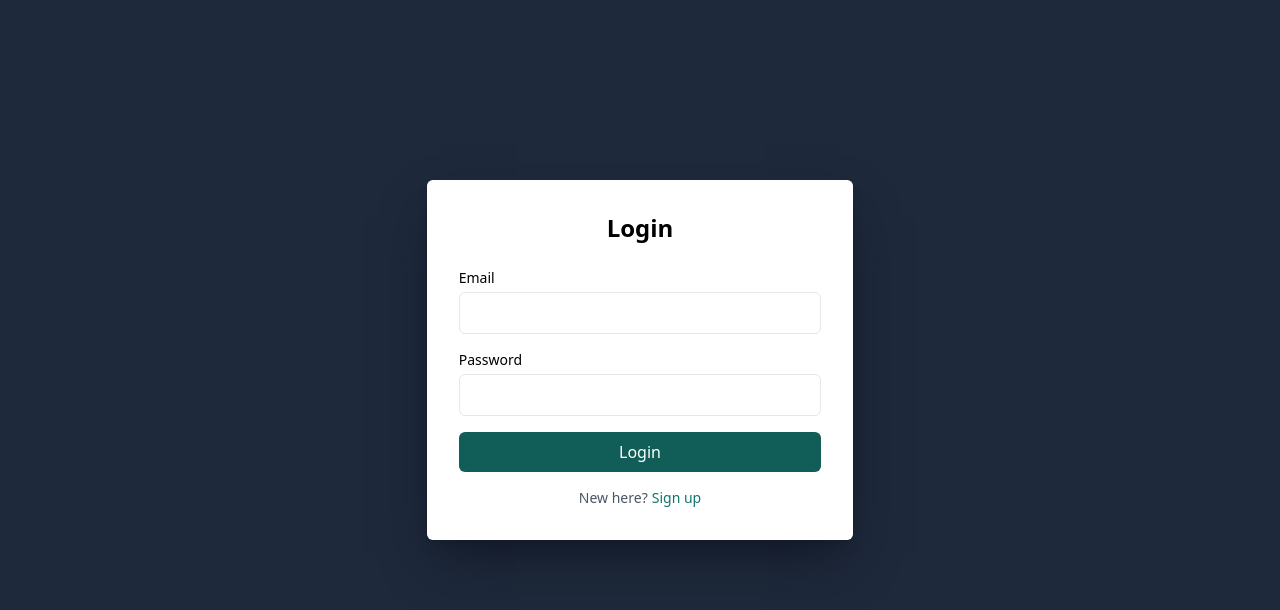
Repository: alizey12/POS-React-website
Page: /
The author's editor kept a copy of each file at every save. The page is drawn from the files as they stood at one save, then again after the next save.
The browser window is 1280 px wide. The pictures show the whole page.
The project was rebuilt for these pictures with package versions that can differ from the ones it lists, and the page was loaded fresh each time. Also part of the build but not shown: vite.config.js, src/navbar.jsx, src/sidebar.jsx, src/Dashboard.jsx.

Above is the page before, as saved 2024-12-31 15:39:27.

### src/App.jsx
import { BrowserRouter as Router, Routes, Route } from 'react-router-dom';
import LoginPage from "./login"
import Dashboard from './Dashboard';

function App() {
  return (
    <Router>
      <Routes>
        <Route path="/" element={<LoginPage />} />
        <Route path="/dashboard" element={<Dashboard />} />
      </Routes>
    </Router>
  );
}

export default App;

### src/login.jsx
import { useState } from 'react';
import toast, { Toaster } from 'react-hot-toast';
import { useNavigate } from 'react-router-dom';

const SignupLogin = () => {
  const [isLogin, setIsLogin] = useState(true);
  const [formData, setFormData] = useState({
    email: '',
    password: '',
    confirmPassword: '',
  });
  const [errors, setErrors] = useState({});
  const [storedUser, setStoredUser] = useState(null);
  const navigate = useNavigate();

  const toggleForm = () => setIsLogin(!isLogin);

  const handleChange = (e) => {
    const { name, value } = e.target;
    setFormData({ ...formData, [name]: value });
    setErrors({ ...errors, [name]: '' }); // Clear error on change
  };

  const validateForm = () => {
    const newErrors = {};
    if (!formData.email) newErrors.email = 'Please enter email';
    if (!formData.password) newErrors.password = 'Please enter password';
    if (!isLogin && formData.password !== formData.confirmPassword) {
      newErrors.confirmPassword = 'Passwords do not match';
    }
    setErrors(newErrors);
    return Object.keys(newErrors).length === 0;
  };

  const handleSubmit = (e) => {
    e.preventDefault();
    if (!validateForm()) return;

    const { email, password } = formData;

    if (isLogin) {
      if (storedUser && email === storedUser.email && password === storedUser.password) {
        toast.success('Login successful!');
        setTimeout(() => navigate('/dashboard'), 1500);
      } else {
        toast.error('Your email or password is incorrect. Please try again.');
      }
    } else {
      setStoredUser({ email, password });
      toast.success('Signup successful!');
      setTimeout(() => setIsLogin(true), 1500);
    }
  };

  return (
    <div className="flex items-center justify-center min-h-screen bg-slate-800 to-yellow-500">
      <div className=" bg-white w-1/3 shadow-lg rounded-lg">

        <div className="w-full bg-white rounded-md shadow-gray-900 shadow-2xl p-8 justify-center">
          <h2 className="text-2xl font-bold text-center ">
            {isLogin ? 'Login' : 'Sign Up'}
          </h2>
          <form onSubmit={handleSubmit} className="mt-6 space-y-4">
            <div>
              <label className="block text-sm font-medium ">Email</label>
              <input
                type="email"
                name="email"
                value={formData.email}
                onChange={handleChange}
                className="mt-1 block w-full p-2 border rounded-md focus:outline-none focus:ring-blue-500 focus:border-blue-500"
              />
              {errors.email && <p className="text-red-500 text-sm mt-1">{errors.email}</p>}
            </div>
            <div>
              <label className="block text-sm font-medium ">Password</label>
              <input
                type="password"
                name="password"
                value={formData.password}
                onChange={handleChange}
                className="mt-1 block w-full p-2 border rounded-md focus:outline-none focus:ring-blue-500 focus:border-blue-500"
              />
              {errors.password && <p className="text-red-500 text-sm mt-1">{errors.password}</p>}
            </div>
            {!isLogin && (
              <div>
                <label className="block text-sm font-medium ">Confirm Password</label>
                <input
                  type="password"
                  name="confirmPassword"
                  value={formData.confirmPassword}
                  onChange={handleChange}
                  className="mt-1 block w-full p-2 border rounded-md focus:outline-none focus:ring-blue-500 focus:border-blue-500"
                />
                {errors.confirmPassword && <p className="text-red-500 text-sm mt-1">{errors.confirmPassword}</p>}
              </div>
            )}
            <button
              type="submit"
              className="w-full bg-teal-800 text-white p-2 rounded-md hover:bg-teal-600 focus:outline-none focus:ring-2 focus:ring-blue-500 focus:ring-offset-2"
            >
              {isLogin ? 'Login' : 'Sign Up'}
            </button>
          </form>
          <p className="text-center text-sm text-gray-600 mt-4">
            {isLogin ? 'New here?' : 'Already have an account?'}
            <button
              type="button"
              onClick={toggleForm}
              className="ml-1 text-teal-700 hover:underline"
            >
              {isLogin ? 'Sign up' : 'Login'}
            </button>
          </p>
        </div>
      </div>
      <Toaster />
    </div>
  );
};

export default SignupLogin;

Loaded but not shown: index.html (common file); src/main.jsx (common file); src/index.css (common file); tailwind.config.js (common file)

After the next save:
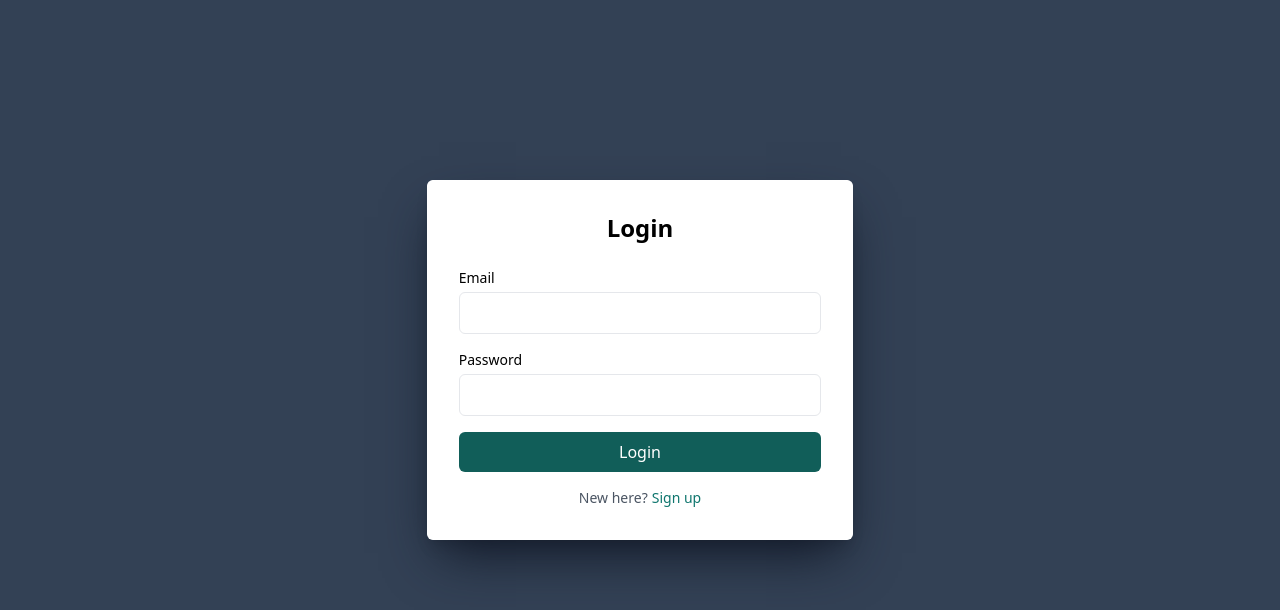
Saved 5 s later.
--- a/src/login.jsx
+++ b/src/login.jsx
@@ -53,7 +53,7 @@ const SignupLogin = () => {
   };
 
   return (
-    <div className="flex items-center justify-center min-h-screen bg-slate-800 to-yellow-500">
+    <div className="flex items-center justify-center min-h-screen bg-slate-700 to-yellow-500">
       <div className=" bg-white w-1/3 shadow-lg rounded-lg">
 
         <div className="w-full bg-white rounded-md shadow-gray-900 shadow-2xl p-8 justify-center">
